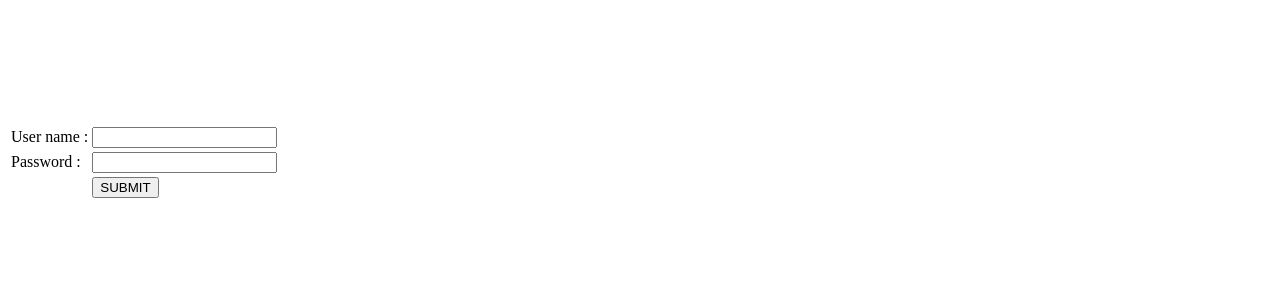
Repository: MarkFernandes11/Advanced-Java
Page: http://localhost/LoginPage/Index.jsp
These files come from the project's save history. The page is drawn as it stood at one moment and after the next save; the edit follows.
The browser window is 1280 px wide. The pictures show the whole page.
The page is served by Tomcat 9.

Above is the page before, as saved 2019-09-21 13:11:23.

### LoginPage/WebContent/Index.jsp
<%@ page language="java" contentType="text/html; charset=UTF-8"
    pageEncoding="UTF-8"%>
<!DOCTYPE html>
<html>
<head>
<meta charset="UTF-8">
<title>Insert title here</title>
</head>
<body>

	<div>
		<header>
			<h1> <marquee>BridgeLabz Web Page </marquee></h1>
		</header>
	</div>
	<form method="post" action="LoginAction">
		<table>
			<tr><td>User name : </td> <td><input type = "text" name ="username"> </td></tr>
			<tr><td>Password : </td> <td><input type = "password" name ="password"> </td></tr>
			<br><br>
			<tr><td><a href="google.com" Register user></a></td>
			<td><input type ="submit" value="SUBMIT"></td></tr>

		</table>
	</form>
</body>
</html>

After the next save:
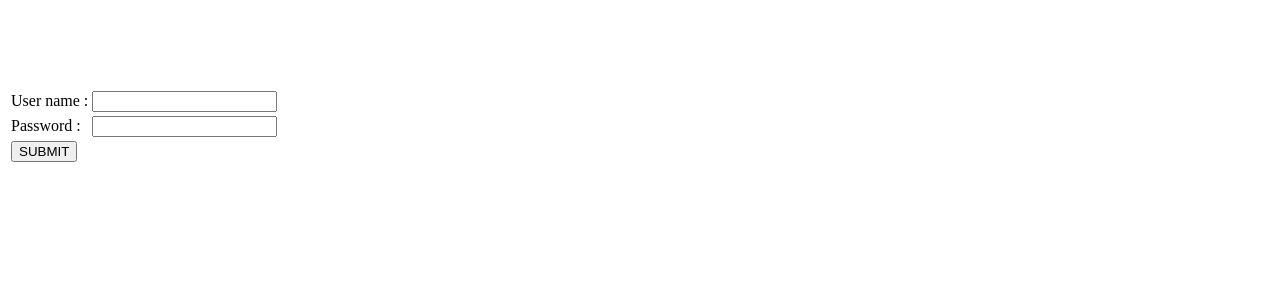
Saved 93 s later.
--- a/LoginPage/WebContent/Index.jsp
+++ b/LoginPage/WebContent/Index.jsp
@@ -17,9 +17,9 @@
 		<table>
 			<tr><td>User name : </td> <td><input type = "text" name ="username"> </td></tr>
 			<tr><td>Password : </td> <td><input type = "password" name ="password"> </td></tr>
-			<br><br>
-			<tr><td><a href="google.com" Register user></a></td>
-			<td><input type ="submit" value="SUBMIT"></td></tr>
+			<tr><td><input type ="submit" value="SUBMIT"></td></tr>
+			<tr><td><a href="google.com" Register user></a></td></tr>
+
 
 		</table>
 	</form>
